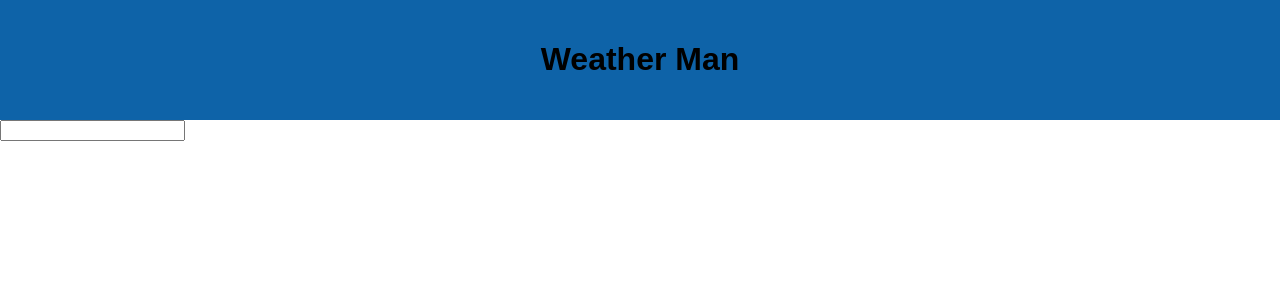
Repository: zackaroo20/Web-Assignment4-API
Page: index.html
The author's editor kept a copy of each file at every save. The page is drawn from the files as they stood at one save, then again after the next save.
The browser window is 1280 px wide. The pictures show the whole page.

Above is the page before, as saved 2026-11-14 17:59:56.

After the next save:
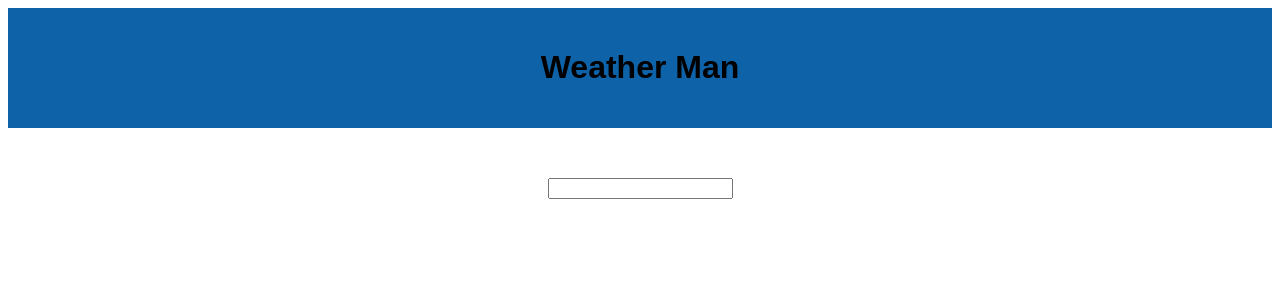
Saved 2 min 30 s later.
--- a/fancy.css
+++ b/fancy.css
@@ -3,9 +3,10 @@ header {
   background-color: #0e63a8;
   padding: 20px;
   text-align: center;
+  margin-bottom: 50px;
 }
 body {
   font-family: Arial, sans-serif;
-  margin: 0;
-  padding: 0;
+  padding: 20;
+  text-align: center;
 }
